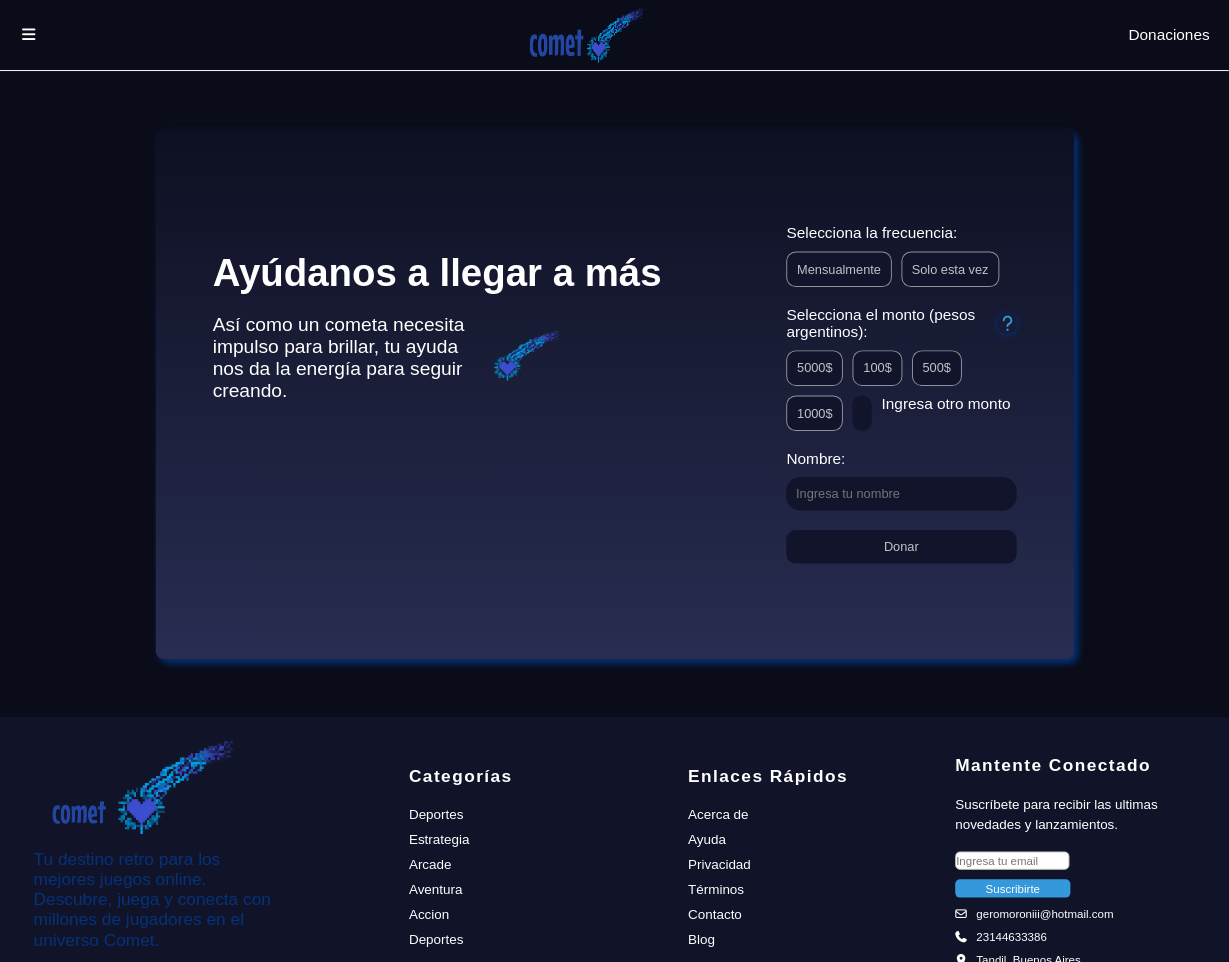
Repository: NahuCaporale/Interfaces
Page: TP2/donaciones.html
These files come from the project's save history. The page is drawn as it stood at one moment and after the next save; the edit follows.
The browser window is 1280 px wide. The pictures show the whole page, at 96% of full size.
Some web fonts or font styles are not loaded; a fallback is used. Some web libraries are served in a nearby version.

Above is the page before, as saved 2025-09-29 21:10:02.

### TP2/donaciones.html
<!DOCTYPE html>
<html lang="en">

<head>
    <meta charset="UTF-8">
    <meta name="viewport" content="width=device-width, initial-scale=1.0">
    <link rel="stylesheet" href="donaciones.css">
    <link rel="stylesheet" href="estilos.css">
    <link rel="stylesheet" href="https://cdnjs.cloudflare.com/ajax/libs/font-awesome/7.0.1/css/all.min.css"
        integrity="sha512-2SwdPD6INVrV/lHTZbO2nodKhrnDdJK9/kg2XD1r9uGqPo1cUbujc+IYdlYdEErWNu69gVcYgdxlmVmzTWnetw=="
        crossorigin="anonymous" referrerpolicy="no-referrer" />
    <title>Donaciones</title>
</head>

<body>

    <div class="grid-container">
        <div class="nav">
            <div class="menu-container">
                <!-- Ícono de hamburguesa -->
                <i class="fa-solid fa-bars"></i>
            </div>

            <div class="logo-container">
                <a href="home.html"><img src="./assets/imgs/logocometweb.png" alt="logo de cometa" class="logo-img"></a>
            </div>

            <div class="nav-link">
                <a href="./donaciones.html">Donaciones</a>
            </div>
        </div>
        <main class="home">
            <div class="columna-70">
                <h1>Ayúdanos a llegar a más</h1>
                <div class="logo-container-card">
                    <p>Así como un cometa necesita impulso
                        para brillar, tu ayuda nos da la
                        energía para seguir creando.</p>
                    <img src="./assets/imgs/cometlogoFinal.png" alt="logo de cometa" class="logo-card-img">
                </div>
            </div>
            <div class="columna-30">
                <form class="donaciones-form">
                    <div class="frecuencia">
                        <label>Selecciona la frecuencia:</label>
                        <div class="frecuencia-buttons">
                            <button type="button">Mensualmente</button>
                            <button type="button">Solo esta vez</button>
                        </div>
                    </div>
                    <div class="monto">
                        <div class="text-monto">
                            <label>Selecciona el monto (pesos argentinos):</label>
                            <i class="fa-solid fa-question"></i>
                            <div class="help-text" id="help-text">1USD = 1400ARS</div>
                        </div>

                        <div class="monto-buttons">
                            <button type="button">5000$</button>
                            <button type="button">100$</button>
                            <button type="button">500$</button>
                            <button type="button">1000$</button>
                            <input type="button">Ingresa otro monto</input>
                        </div>
                    </div>
                    <div class="nombre">
                        <label for="donador-nombre">Nombre:</label>
                        <input type="text" id="donador-nombre" name="donador-nombre" placeholder="Ingresa tu nombre"
                            required>
                    </div>
                    <button class="enviar-donacion" type="submit">Donar</button>
                </form>
            </div>
        </main>
        <footer class="footer">
            <div class="footer-column">
                <div class="footer-logo">
                    <img src="./assets/imgs/logofooter.png" alt="logo de cometa" class="logo-footer">
                </div>
                <p>Tu destino retro para los mejores juegos online.
                    Descubre, juega y conecta con millones
                    de jugadores en el universo Comet.
                </p>
                <div class="social-icons">
                    <i class="fa-brands fa-instagram"></i>
                    <i class="fa-brands fa-x-twitter"></i>
                    <i class="fa-regular fa-comment"></i>
                    <i class="fa-brands fa-facebook"></i>
                </div>

            </div>
            <div class="footer-column">
                <h3>Categorías</h3>
                <ul>
                    <li><a href="#">Deportes</a></li>
                    <li><a href="#">Estrategia</a></li>
                    <li><a href="#">Arcade</a></li>
                    <li><a href="#">Aventura</a></li>
                    <li><a href="#">Accion</a></li>
                    <li><a href="#">Deportes</a></li>
                </ul>
            </div>
            <div class="footer-column">
                <h3>Enlaces Rápidos</h3>
                <ul>
                    <li><a href="#">Acerca de</a></li>
                    <li><a href="#">Ayuda</a></li>
                    <li><a href="#">Privacidad</a></li>
                    <li><a href="#">Términos</a></li>
                    <li><a href="#">Contacto</a></li>
                    <li><a href="#">Blog</a></li>

                </ul>
            </div>
            <div class="footer-column">
                <h3>Mantente Conectado</h3>
                <p>Suscríbete para recibir las ultimas
                    novedades y lanzamientos.</p>
                <form class="subscribe-form">
                    <input type="email" placeholder="Ingresa tu email" required>
                    <button type="submit">Suscribirte</button>
                </form>
                <div class="form-icons">
                    <div class="icon-row">
                        <i class="fa-regular fa-envelope"></i>
                        <span>geromoroniii@hotmail.com</span>
                    </div>
                    <div class="icon-row">
                        <i class="fa-solid fa-phone"></i>
                        <span>23144633386</span>
                    </div>
                    <div class="icon-row">
                        <i class="fa-solid fa-location-dot"></i>
                        <span>Tandil, Buenos Aires</span>
                    </div>
                </div>
            </div>
        </footer>
    </div>
    </div>
        <script src="donaciones.js"></script>

</body>

</html>

### TP2/donaciones.css

/*DONACIOENS CSS*/
body{
    background-color: #0A0C19;
}
.footer {
    height: 255px !important;
}
.home {
    display: grid;
    grid-template-columns: 70% 30%;
    gap: 20px;
    padding: 40px;
    max-width: 1200px;
    margin: 60px auto;
    /* Más margen arriba y abajo */
    background-image: linear-gradient(to bottom, #11142a81, #373d6dab);
    box-shadow: 4px 4px 8px #04327A;
    border-radius: 10px;
    height: 553px;
    width: 957px;
}
.logo-container-card {
    display: flex;
    align-items: center;
    gap: 10px;
    margin-bottom: 90px;
}

.logo-card-img {
    width: 74px;
    height: 62px;
    margin-bottom: 50px;

}

.columna-70 {
    padding: 20px;
    border-radius: 8px;
}

.columna-70 h1 {
    font-size: 2.5rem;
    font-weight: bold;
    margin-bottom: 20px;
}

.columna-70 p {
    margin-bottom: 50px;
    font-family: 'NATS', sans-serif;
    font-size: 20px;
    font-weight: normal;
    width: 52%;
}

.columna-30 {
    padding: 20px;
}

.donaciones-form {
    display: flex;
    flex-direction: column;
    gap: 20px;
}

.frecuencia,
.monto,
.nombre {
    display: flex;
    flex-direction: column;
    gap: 10px;
}

.frecuencia-buttons,
.monto-buttons {
    display: flex;
    flex-wrap: wrap;
    gap: 10px;
}


.frecuencia-buttons button,
.monto-buttons button {
    padding: 10px 20px;
    border: 1px solid #ccc;
    border-radius: 5px;
    cursor: pointer;
    background-color: #11142A;
    color: rgba(255, 255, 255, 0.616);
}



.donaciones-form input {
    padding: 10px;
    border-radius: 15px;
    background-color: #11142A;
    border: none;

}

.donaciones-form button {
    padding: 10px;
    border-radius: 10px;
    cursor: pointer;
    background-color: #11142A;
    color:#ffffffbd;
    border-color: #fff8;
}
.donaciones-form button:hover{
    background-color: #fff;
    color: #12171F;
}
.enviar-donacion{
    border: none;
}
.enviar-donacion:hover{
    background-color: #D37F85 !important;
    color: white !important;
}

#donador-nombre{
    color:#fff;
}

.text-monto{
    display: flex;           /* mantiene label e ícono en la misma fila */
  align-items: center;     /* alinea verticalmente */
  gap: 5px;                /* espacio entre label y el ícono */
  position: relative;
}
.text-monto i {
    color: #3498db;
    cursor: pointer;
    box-shadow: 0px 1px 8px #04327A;
    border-radius: 10px;
    padding: 3px 6px;
}
.help-text {
    font-family: 'NATS', sans-serif;
  display: none; /* oculto por defecto */
  position: absolute;
  bottom: 100%; /* aparece arriba del icono */
  left: 50%;
  transform: translateX(80%);
  background-color: #ffb84dc2;
  color: black;
  padding: 5px 10px;
  border-radius: 5px;
  white-space: nowrap;
  font-size: 0.9rem;
  margin-bottom: 5px; /* separación del icono */
  z-index: 10;
}

### TP2/estilos.css
/*Fuentes usadas*/
@import url('https://fonts.googleapis.com/css2?family=Mouse+Memoirs&display=swap');
@import url('https://fonts.googleapis.com/css2?family=NATS&display=swap');

* {
    margin: 0;
    padding: 0;
    box-sizing: border-box;
}

body {
    font-family: Arial, sans-serif;
}

.grid-container {
    display: grid;
    grid-template-rows: 74px 1fr auto;
    /* Cambia la altura del footer a auto */
    grid-template-columns: repeat(6, 1fr);
    /* Seis columnas iguales */
    height: 100vh;
    /* Altura completa de la ventana */
    box-sizing: border-box;
    /* Incluye el padding en el cálculo del tamaño */
}

.logo-text {
    font-size: 32px;
    font-family: 'Mouse Memoirs', sans-serif;
    /* Aplica la fuente importada */
    font-weight: normal;
}

.nav {
    grid-column: 1 / 7;
    /* Ocupa las 6 columnas */
    background-color: #0A0C19;
    color: white;
    display: flex;
    justify-content: space-between;
    align-items: center;
    border-bottom: white 1px solid;
    width: 100%;
}

.menu-container {
    justify-content: flex-start;   /* Menú a la izquierda */
    margin-left: 20px;
    align-items: center;
}

.logo-container {
    justify-content: center;       /* Logo centrado */
}

.nav-link {
    margin-right: 20px;
    justify-content: flex-end;     /* Donaciones a la derecha */
}
.nav-link a{
  text-decoration: none;
  color: white;
    font-family: 'NATS', sans-serif;
}

.logo-img {
    width: 131px;
    height: 68px;
}

.logo-footer {
    width: 216px;
    /* Cambia el ancho del logo */
    height: 108px;
    /* Cambia el alto del logo */
}


.home {
    grid-column: 1 / 7;
    /* Ocupa las 6 columnas */
    background-color: #0A0C19;
    color: white;
    display: flex;
    align-items: center;
    justify-content: center;
}

.logo {
    width: 80px;
    height: 70px;
    object-fit: contain;
    /* Asegura que la imagen mantenga su proporción */
}

/*footer*/
.footer {
    grid-column: 1 / 7;
    /* Ocupa las 6 columnas */
    background-color: #111429;
    color: white;
    display: grid;
    grid-template-columns: repeat(4, 1fr);
    /* Divide el footer en 4 columnas iguales */
    gap: 40px;
    /* Espaciado entre columnas */
    padding: 20px;
    /* Espaciado interno del footer */
    align-items: start;
    /* Alinea el contenido al inicio de cada columna */
    justify-items: center;
    /* Centra cada columna horizontalmente */
    height: auto;
    /* Ajusta la altura automáticamente según el contenido */
    box-sizing: border-box;
    /* Incluye el padding en el cálculo del tamaño */
    overflow: hidden;
    /* Evita que el contenido se desborde */
}

.footer-column {
    display: flex;
    flex-direction: column;
    /* Mantiene los elementos apilados verticalmente */
    align-items: flex-start;
    /* Alinea todo el contenido a la izquierda */
    justify-content: center;
    /* Centra los elementos verticalmente en la columna */
    gap: 10px;
    /* Espaciado entre los elementos */
    text-align: left;
    /* Asegura que el texto esté alineado a la izquierda */
    height: 100%;
    /* Asegura que la columna ocupe todo el espacio disponible */
    padding: 0;
    /* Elimina el padding adicional */
    margin: 0;
    /* Elimina márgenes adicionales */
}

.footer-column h3 {
    font-size: 18px;
    font-family: 'Mouse Memoirs', sans-serif;
    /* Aplica la fuente Mouse Memoirs */
    margin-bottom: 10px;
    letter-spacing: 1.5px;
    text-align: left;
    /* Alinea el título a la izquierda */
    width: 100%;
    /* Asegura que el título ocupe todo el ancho disponible */
}

.footer-column ul {
    list-style: none;
    padding: 0;
    margin: 0;
    text-align: left;
    /* Alinea los elementos de la lista a la izquierda */
    width: 100%;
    /* Asegura que la lista ocupe todo el ancho disponible */
    gap: 20px;
}

.footer-column ul li {
    margin-left: 0;
    /* Asegura que los elementos comiencen desde el borde izquierdo */
    font-family: 'NATS', sans-serif;
    /* Aplica la fuente NATS a los elementos de la lista */
    font-size: 14px;
    /* Ajusta el tamaño de la fuente */
    margin-bottom: 10px;
    /* Aumenta el espaciado entre los elementos */

}

.footer p {
    font-family: 'NATS', sans-serif;
    /* Aplica la fuente NATS */
}

.footer-column ul li a {
    font-family: 'NATS', sans-serif;
    /* Aplica la fuente NATS */
    text-decoration: none;
    /* Elimina el subrayado predeterminado */
    color: white;
    /* Cambia el color del texto a blanco */
    font-size: 14px;
    /* Ajusta el tamaño de la fuente */
    transition: color 0.3s ease;
    /* Agrega una transición suave para el hover */
}

.footer-column ul li a:hover {
    color: #3498db;
    /* Cambia el color del texto al pasar el mouse */
}

.footer-logo {
    display: flex;
    flex-direction: column;
    align-items: center;
    justify-content: flex-start;
    text-align: center;
    height: auto;
    /* Asegura que el contenedor ocupe todo el ancho disponible */
}

.footer-column p {
    font-family: 'Mouse Memoirs', sans-serif;
    /* Aplica la fuente importada */
    max-width: 250px;
    /* Limita el ancho del texto para mejor legibilidad */
    color: #04327A;
    font-size: 18px;
    margin-bottom: 7px;
}

.footer-column:last-child p {
    font-family: 'NATS', sans-serif;
    /* Aplica la fuente NATS a todo el footer */
    color: white;
    /* Cambia el color del texto a blanco */
    font-size: 14px;
    /* Ajusta el tamaño de la fuente si es necesario */
    line-height: 1.5;
    /* Mejora la legibilidad con un espaciado entre líneas */
}

.social-icons {
    display: flex;
    align-items: center;
    /* Alinea los íconos verticalmente con el texto */
    width: 100%;
    /* Asegura que ocupen todo el ancho disponible */

    gap: 20px;
    /* Espaciado entre los iconos */
    color: white;
    /* Color de los iconos */
    justify-content: flex-start;
    margin-bottom: 15px;
}

.social-icons i {
    height: 5px;
    /* Ajusta la altura de los íconos */
    width: 5px;
    /* Ajusta el ancho de los íconos */

}

.footer-logo img {
    width: 216px;
    /* Cambia el ancho del logo */
    height: 108px;
    /* Cambia el alto del logo */
}


.subscribe-form {
    display: flex;
    flex-direction: column;
    /* Mantiene el input y el botón apilados */
    gap: 10px;
    /* Espaciado entre el input y el botón */
    width: 100%;
    /* Asegura que el formulario ocupe todo el ancho disponible */
}

.subscribe-form input {
    width: 119px;
    /* Ancho del input */
    height: 19px;
    /* Alto del input */
    padding: 0;
    /* Elimina el padding adicional */
    border: 1px solid #ccc;
    border-radius: 5px;
    font-size: 12px;
    /* Ajusta el tamaño de la fuente para que se adapte al tamaño */
}

.subscribe-form button {
    width: 120px;
    /* Ancho del botón */
    height: 19px;
    /* Alto del botón */
    padding: 0;
    /* Elimina el padding adicional */
    background-color: #3498db;
    color: white;
    border: none;
    border-radius: 5px;
    cursor: pointer;
    font-size: 12px;
    /* Ajusta el tamaño de la fuente para que se adapte al tamaño */
    text-align: center;
}

.subscribe-form button:hover {
    background-color: #2980b9;
    /* Cambia el color al pasar el mouse */
}

.form-icons {
    display: flex;
    flex-direction: column;
    /* Coloca los íconos en vertical */
    gap: 10px;
    /* Espaciado entre las filas de íconos */
    width: 100%;
    /* Asegura que ocupe todo el ancho disponible */
}

.icon-row {
    display: flex;
    align-items: center;
    /* Alinea el ícono y el texto verticalmente */
    gap: 10px;
    /* Espaciado entre el ícono y el texto */
}

.icon-row i {
    font-size: 12px;
    /* Reduce el tamaño del ícono ligeramente */
    width: 12px;
    /* Ajusta el ancho del ícono */
    height: 12px;
    /* Ajusta la altura del ícono */
}

.icon-row span {
    font-size: 12px;
    /* Reduce el tamaño del texto ligeramente */
    color: white;
    /* Mantiene el color blanco */
    font-family: 'NATS', sans-serif;
    /* Aplica la fuente NATS */
}

### TP2/donaciones.js
const icon = document.querySelector(".text-monto i");
const helpText = document.getElementById("help-text");

icon.addEventListener("click", () => {
  // alterna mostrar/ocultar
  if (helpText.style.display === "block") {
    helpText.style.display = "none";
  } else {
    helpText.style.display = "block";
  }
});

After the next save:
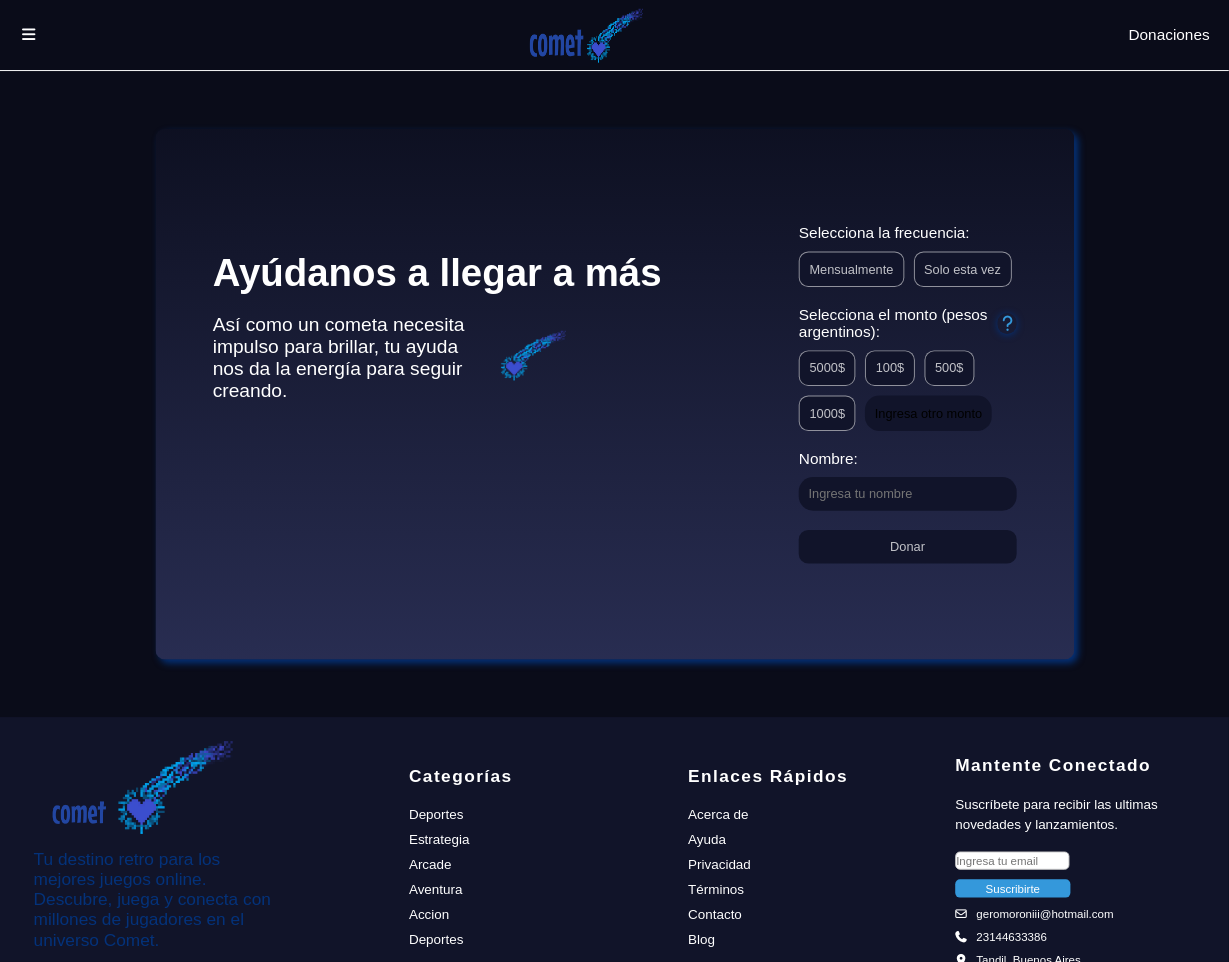
Saved 3 s later.
--- a/TP2/donaciones.html
+++ b/TP2/donaciones.html
@@ -60,7 +60,7 @@
                             <button type="button">100$</button>
                             <button type="button">500$</button>
                             <button type="button">1000$</button>
-                            <input type="button">Ingresa otro monto</input>
+                            <input type="button" value="Ingresa otro monto">
                         </div>
                     </div>
                     <div class="nombre">
